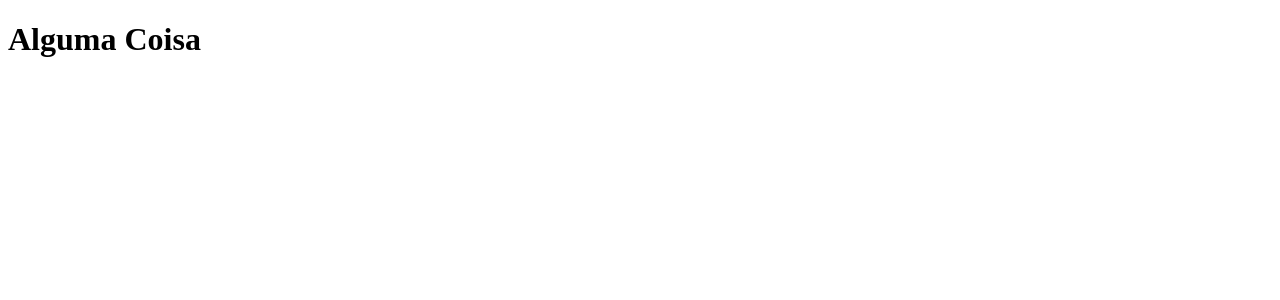
Repository: Fel1pit0/CRIE_TI
Page: Projetos/Teste/Menu.html
These files come from the project's save history. The page is drawn as it stood at one moment and after the next save; the edit follows.
The browser window is 1280 px wide. The pictures show the whole page.

Above is the page before, as saved 2022-05-19 14:49:47.

### Projetos/Teste/Menu.html
<!DOCTYPE html>
<html lang="en">
<head>
    <meta charset="UTF-8">
    <meta http-equiv="X-UA-Compatible" content="IE=edge">
    <meta name="viewport" content="width=device-width, initial-scale=1.0">
    <title>Document</title>
</head>
<body>
    <h1>Alguma Coisa</h1>
</body>
</html>

After the next save:
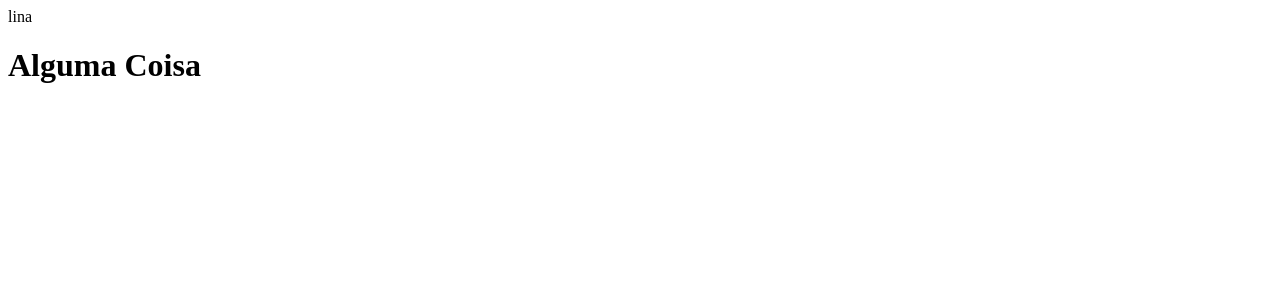
Saved 22 s later.
--- a/Projetos/Teste/Menu.html
+++ b/Projetos/Teste/Menu.html
@@ -5,6 +5,7 @@
     <meta http-equiv="X-UA-Compatible" content="IE=edge">
     <meta name="viewport" content="width=device-width, initial-scale=1.0">
     <title>Document</title>
+    lina
 </head>
 <body>
     <h1>Alguma Coisa</h1>

After the save that followed:
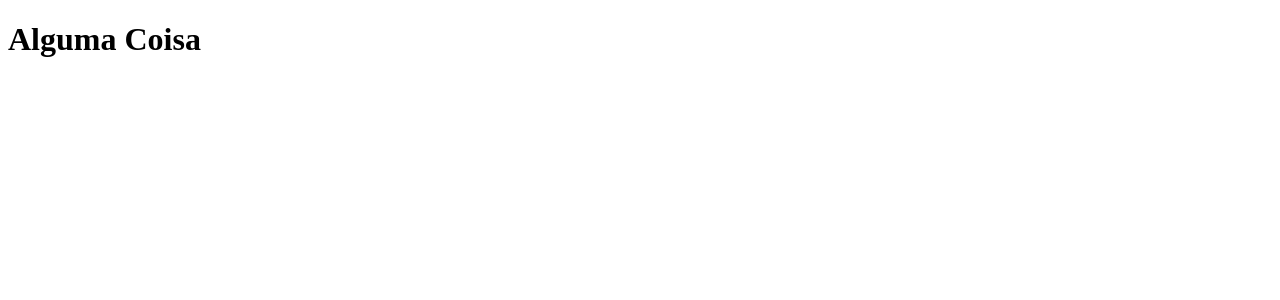
Saved 10 s later.
--- a/Projetos/Teste/Menu.html
+++ b/Projetos/Teste/Menu.html
@@ -5,7 +5,7 @@
     <meta http-equiv="X-UA-Compatible" content="IE=edge">
     <meta name="viewport" content="width=device-width, initial-scale=1.0">
     <title>Document</title>
-    lina
+    <lin
 </head>
 <body>
     <h1>Alguma Coisa</h1>
